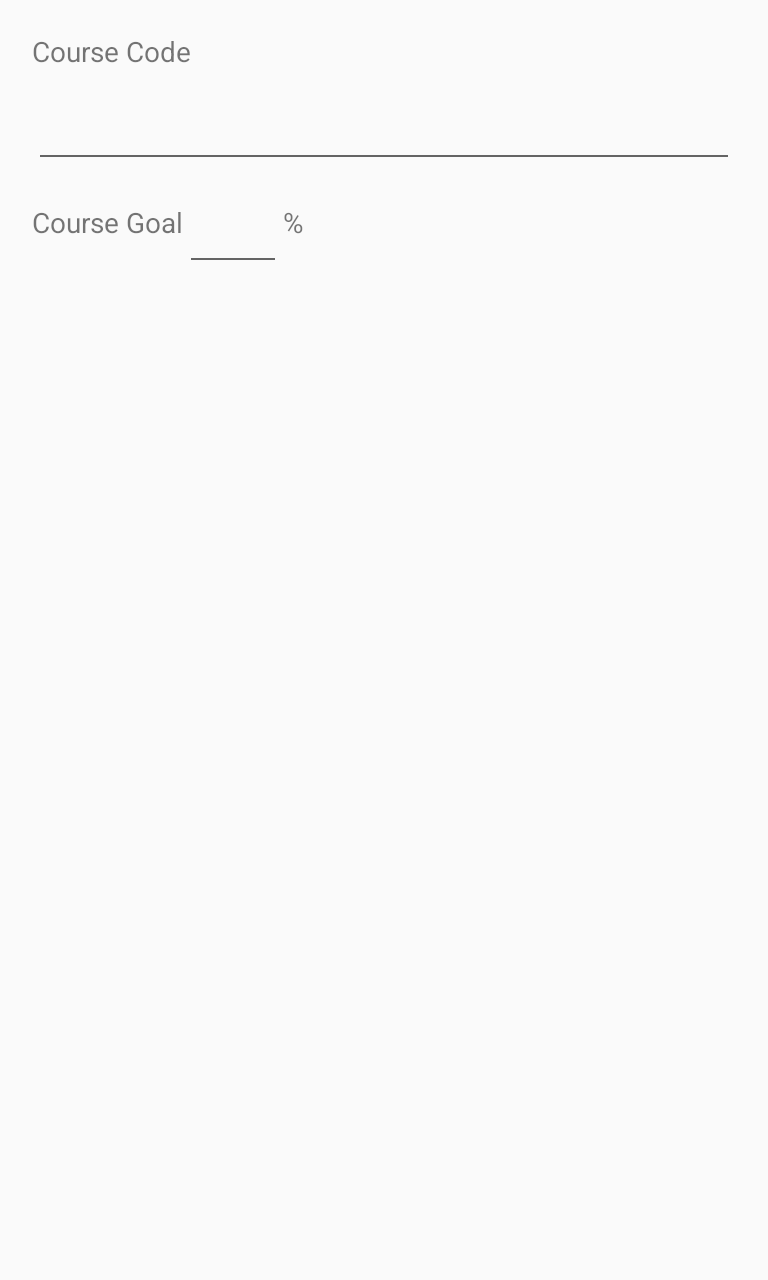
Repository: Tenergy05/GradePlanner
Layout: GradePlanner/res/layout/activity_add_course.xml
These files come from the project's save history. The layout is drawn as it stood at one moment and after the next save; the edit follows.
It is drawn on a 768 x 1280 px phone screen (xhdpi) without system bars, with theme AppTheme; the app's code is not run.

Above is the layout before, as saved 2014-12-29 23:11:37.

After the next save:
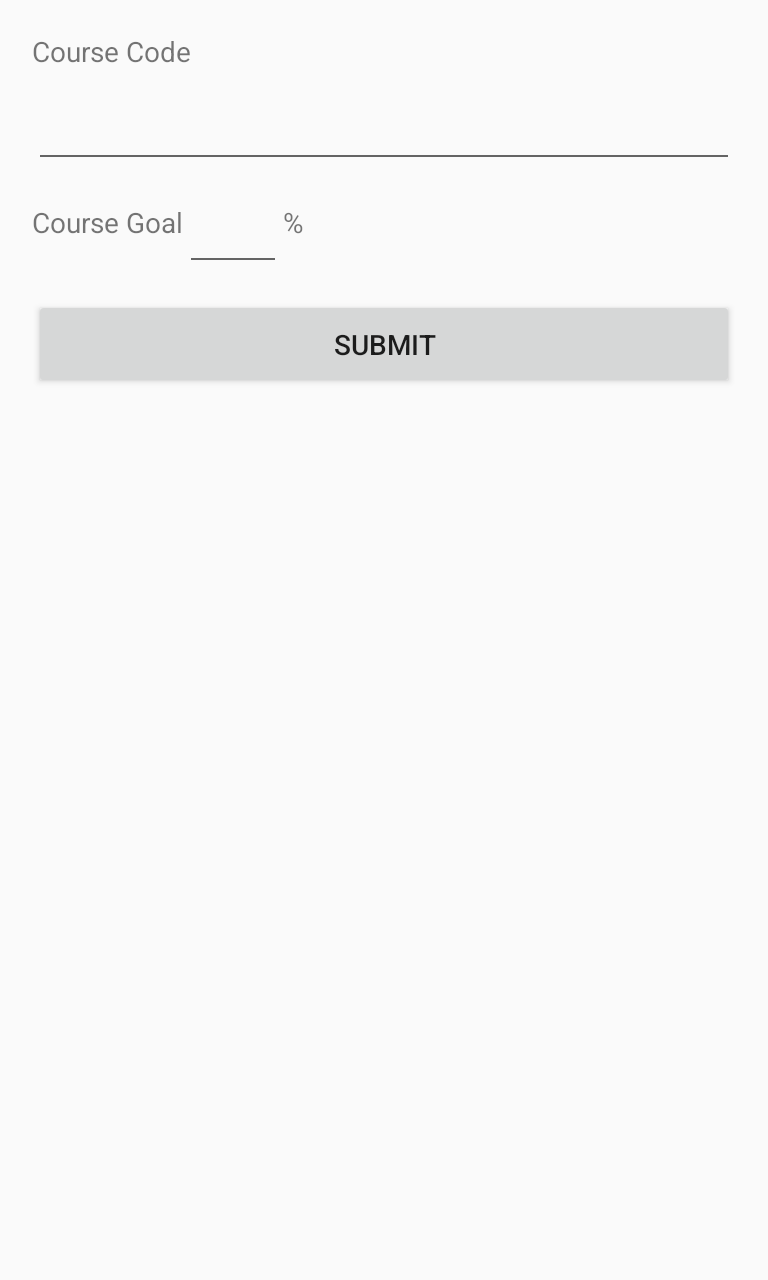
Saved 73 s later.
--- a/GradePlanner/res/layout/activity_add_course.xml
+++ b/GradePlanner/res/layout/activity_add_course.xml
@@ -54,6 +54,18 @@
         android:layout_below="@+id/editText1"
         android:layout_marginTop="15dp"
         android:layout_toRightOf="@+id/editText2"
-        android:text="@string/percentage" />"
+        android:text="@string/percentage" />
+
+    <Button
+        android:id="@+id/button1"
+        android:layout_width="wrap_content"
+        android:layout_height="wrap_content"
+        android:layout_alignLeft="@+id/textView2"
+        android:layout_alignParentRight="true"
+        android:layout_below="@+id/editText2"
+        android:layout_marginTop="10dp"
+        android:text="@string/submit" />
+
+"
 
 </RelativeLayout>
--- a/GradePlanner/res/values/strings.xml
+++ b/GradePlanner/res/values/strings.xml
@@ -12,5 +12,6 @@
     <string name="grade_goal">Course Goal</string>
     <string name="add_mark">Add Mark</string>
     <string name="percentage">%</string>
+    <string name="submit">Submit</string>
 
 </resources>
